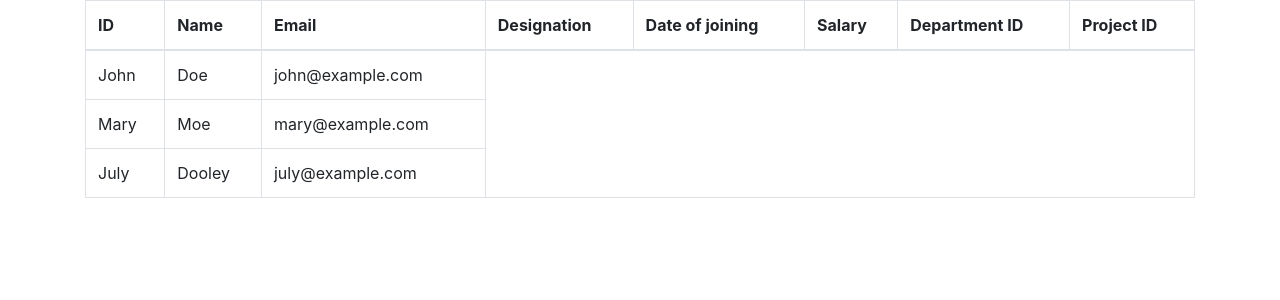
Repository: ArmanAli-cmd/EmployeeProjectDepartmentApplication
Page: http://localhost/EmployeeProjectDepartmentMVCApplication/views/employees.jsp
These files come from the project's save history. The page is drawn as it stood at one moment and after a run of saves; the edit follows.
The browser window is 1280 px wide. The pictures show the whole page.
The page is served by Tomcat 9. Other server files are loaded and not shown.

Above is the page before, as saved 2024-01-17 16:58:57.

### EmployeeProjectDepartmentMVCApplication/src/main/webapp/views/employees.jsp
<%@ page language="java" contentType="text/html; charset=ISO-8859-1"
	pageEncoding="ISO-8859-1"%>
<!DOCTYPE html>
<html>
<head>
<meta charset="ISO-8859-1">
<meta name="viewport" content="width=device-width, initial-scale=1">
<link rel="stylesheet"
	href="https://cdn.jsdelivr.net/npm/bootstrap@4.6.2/dist/css/bootstrap.min.css">
<script
	src="https://cdn.jsdelivr.net/npm/jquery@3.7.1/dist/jquery.slim.min.js"></script>
<script
	src="https://cdn.jsdelivr.net/npm/popper.js@1.16.1/dist/umd/popper.min.js"></script>
<script
	src="https://cdn.jsdelivr.net/npm/bootstrap@4.6.2/dist/js/bootstrap.bundle.min.js"></script>
<title>List of the employees</title>
</head>
<body>

	<div class="container">

		<table class="table table-bordered">
			<thead>
				<tr>
					<th>ID</th>
					<th>Name</th>
					<th>Email</th>
					<th>Designation</th>
					<th>Date of joining</th>
					<th>Salary</th>
					<th>Department ID</th>
					<th>Project ID</th>
				</tr>
			</thead>
			<tbody>
				<tr>
					<td>John</td>
					<td>Doe</td>
					<td>john@example.com</td>
				</tr>
				<tr>
					<td>Mary</td>
					<td>Moe</td>
					<td>mary@example.com</td>
				</tr>
				<tr>
					<td>July</td>
					<td>Dooley</td>
					<td>july@example.com</td>
				</tr>
			</tbody>
		</table>
	</div>

</body>
</html>

After the next 2 saves:
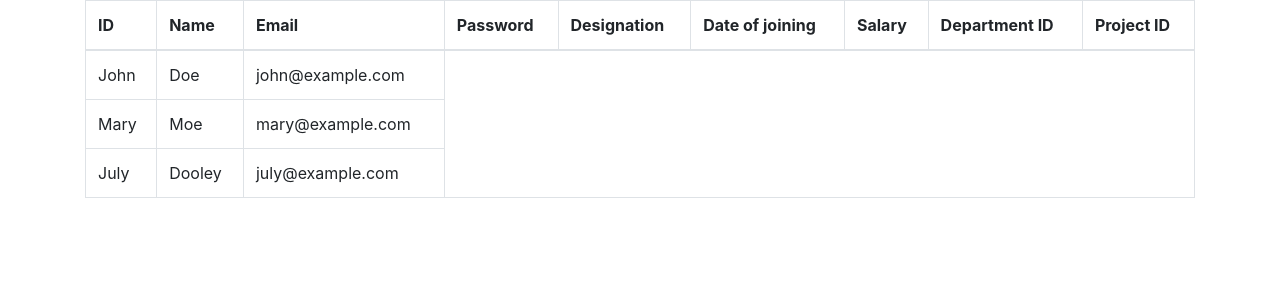
The 2 saves are shown as one change because they came seconds apart.
The last was saved 73 s later.
--- a/EmployeeProjectDepartmentMVCApplication/src/main/webapp/views/employees.jsp
+++ b/EmployeeProjectDepartmentMVCApplication/src/main/webapp/views/employees.jsp
@@ -25,6 +25,7 @@
 					<th>ID</th>
 					<th>Name</th>
 					<th>Email</th>
+					<th>Password</th>
 					<th>Designation</th>
 					<th>Date of joining</th>
 					<th>Salary</th>
